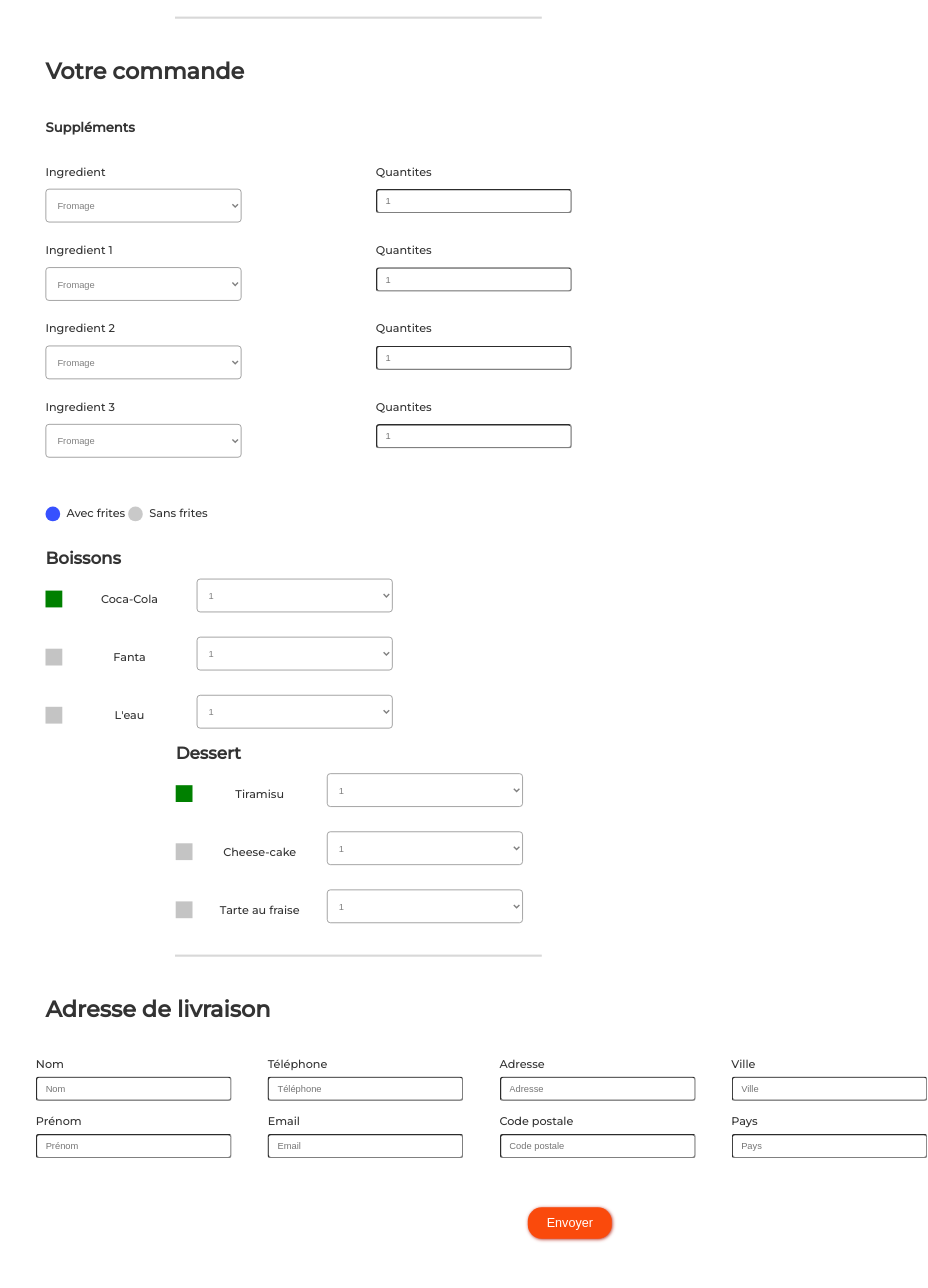
Repository: sisilass31/bella-olonje
Page: html/commande.html
An editor plug-in stored every save of this project. The page is shown before and after the next save, followed by the edit.
The browser window is 1024 px wide. The page is 1325 px wide, so the pictures cover 1325 px, including what lies to the right of the window. The pictures show the part of the page from y = 1034 to 2874 px (the page is 2874 px tall), at 70% of full size.
Some web libraries are served in a nearby version.

Above is the page before, as saved 2023-02-15 08:52:31.

### html/commande.html
<!DOCTYPE html>
<html lang="fr">
<head>
    <meta charset="UTF-8">
    <meta http-equiv="X-UA-Compatible" content="IE=edge">
    <meta name="viewport" content="width=device-width, initial-scale=1.0">
    <link rel="stylesheet" href="https://pro.fontawesome.com/releases/v5.10.0/css/all.css">
    <link rel="stylesheet" href="../css/commande.css">
    <title>Votre commande</title>
</head>

<body>

  <header>
    <nav>
      <ul class='nav-bar'>
          <li class='logo'><a href='#'><img src="../img/logo.png" alt="jsp"></a></li>
          <input type='checkbox' id='check' />
          <span class="menu">
            <li><a href="index.html" class="nav-link">Home</a></li>
            <li><a href="#pizza" class="nav-link">Pizzas</a></li>
            <li><a href="#burger" class="nav-link">Burgers</a></li>
            <li><a href="#salades" class="nav-link">Salades</a></li>
            <li><a href="index3.html" class="nav-link">Contact</a></li>
            <label for="check" class="close-menu"><i class="fas fa-times"></i></label>
          </span>
          <label for="check" class="open-menu"><i class="fas fa-bars"></i></label>
      </ul>
  </nav>

    <div class="food_app">
      <div class="title_food_app">
        <h3>Food app</h3>
        <strong>Chez Bella <br>chaque désir s'additionne.</strong>
      </div>
    </div>
  </header>

  <main>
    <div class="infos" id="form-infos">
      <form>
        <h1>Vos informations</h1>

        <div class="grp_infos">
          <div class="nom_prenom">
            <div class="label1">
              <label class="label_nom">Nom</label><br>
              <input type="text" placeholder="Nom">
            </div>
            <div class="label1">
              <label class="label_nom">Prénom</label><br>
              <input type="text" placeholder="Prénom">
            </div>
          </div>

          <div class="telephone_email">
            <div class="label1">
              <label class="label_nom">Téléphone</label><br>
              <input type="text" placeholder="Téléphone">
            </div>
            <div class="label1">
              <label class="label_nom">Email</label><br>
              <input type="text" placeholder="Email">
            </div>
          </div>
        </div>
      </form>
    </div>

    <hr>

    <div class="commande">
      <form>
        <h1>Votre commande</h1>
        <h3>Suppléments</h3>
        <div class="grp_suppliment">
          <div class="ingredient_quantite">
            <div class="fromage">
              <label>Ingredient</label><br>
              <select name="ingr" class="suppléments">
                <option value="fromage">Fromage</option>
                <option value="fromage">Fromage</option>
                <option value="fromage">Fromage</option>
                <option value="fromage">Fromage</option>
                <option value="fromage">Fromage</option>
                <option value="fromage">Fromage</option>
                <option value="fromage">Fromage</option>
              </select>
            </div>
            <div class="box">
              <label>Quantites</label><br>
              <input type="number" min="0" placeholder="1">
            </div>
          </div>

          <div class="ingredient_quantite">
           <div class="fromage">
              <label>Ingredient 1</label><br>
              <select name="ingr" class="suppléments">
                <option value="fromage">Fromage</option>
                <option value="fromage">Fromage</option>
                <option value="fromage">Fromage</option>
                <option value="fromage">Fromage</option>
                <option value="fromage">Fromage</option>
                <option value="fromage">Fromage</option>
                <option value="fromage">Fromage</option>
              </select>
            </div>
            <div class="box">
              <label>Quantites</label><br>
              <input type="number" min="0" placeholder="1">
            </div>
          </div>

          <div class="ingredient_quantite">
            <div class="fromage">
              <label>Ingredient 2</label><br>
              <select name="ingr" class="suppléments">
                <option value="fromage">Fromage</option>
                <option value="fromage">Fromage</option>
                <option value="fromage">Fromage</option>
                <option value="fromage">Fromage</option>
                <option value="fromage">Fromage</option>
                <option value="fromage">Fromage</option>
                <option value="fromage">Fromage</option>
              </select>
            </div>
            <div class="box">
              <label>Quantites</label><br>
              <input type="number" min="0" placeholder="1">
            </div>
          </div>

          <div class="ingredient_quantite">
            <div class="fromage">
              <label>Ingredient 3</label><br>
              <select name="ingr" class="suppléments">
                <option value="fromage">Fromage</option>
                <option value="fromage">Fromage</option>
                <option value="fromage">Fromage</option>
                <option value="fromage">Fromage</option>
                <option value="fromage">Fromage</option>
                <option value="fromage">Fromage</option>
                <option value="fromage">Fromage</option>
              </select>
            </div>
            <div class="box">
              <label>Quantites</label><br>
              <input type="number" min="0" placeholder="1">
            </div>
          </div>
        </div>


        <div class="check2">
          <label class="container">Avec frites
            <input type="radio" checked="checked" name="radio">
            <span class="checkmark"></span>
          </label>
          <label class="container">Sans frites
            <input type="radio" name="radio">
            <span class="checkmark"></span>
          </label>
        </div>


        <div class="all">
          <div class="content_of_boisson">
              <h2>Boissons</h2>
              <div class="boissons">
                  <div class="carre"></div>
                  <label>Coca-Cola</label>
                  <select name="Fromage" class="Fromage" style="margin-top: 10px;">
                    <option value="">1</option>
                    <option value="">2</option>
                    <option value="">3</option>
                    <option value="">4</option>
                  </select>
              </div>
              <div class="boissons">
                  <div class="carre grey"></div>
                  <label>Fanta</label>
                  <select name="Fromage" class="Fromage" style="margin-top: 10px;">
                    <option value="">1</option>
                    <option value="">2</option>
                    <option value="">3</option>
                    <option value="">4</option>
                  </select>
              </div>
              <div class="boissons">
                  <div class="carre grey"></div>
                  <label>L'eau</label>
                  <select name="Fromage" class="Fromage" style="margin-top: 10px;">
                    <option value="">1</option>
                    <option value="">2</option>
                    <option value="">3</option>
                    <option value="">4</option>
                  </select>
              </div>
          </div>

          <div class="content_of_dessert">
              <h2>Dessert</h2>
              <div class="boissons dessert">
                  <div class="carre"></div>
                  <label>Tiramisu</label>
                  <select name="Fromage" class="Fromage" style="margin-top: 10px;">
                      <option value="">1</option>
                      <option value="">2</option>
                      <option value="">3</option>
                      <option value="">4</option>
                  </select>
              </div>
              <div class="boissons dessert">
                  <div class="carre grey"></div>
                  <label>Cheese-cake</label>
                  <select name="Fromage" class="Fromage" style="margin-top: 10px;">
                    <option value="">1</option>
                    <option value="">2</option>
                    <option value="">3</option>
                    <option value="">4</option>
                  </select>
              </div>
              <div class="boissons dessert">
                  <div class="carre grey"></div>
                  <label>Tarte au fraise</label>
                  <select name="Fromage" class="Fromage" style="margin-top: 10px;">
                    <option value="">1</option>
                    <option value="">2</option>
                    <option value="">3</option>
                    <option value="">4</option>
                  </select>
              </div>
          </div>
          </div>
      </form>
    </div>

    <hr>

    <div class="livraison">
      <form>
        <h1>Adresse de livraison</h1>
        <div class="grp_infos">
          <div class="nom_prenom">
            <div class="label1">
              <label class="label_nom">Nom</label><br>
              <input type="text" placeholder="Nom">
            </div>
            <div class="label1">
              <label class="label_nom">Prénom</label><br>
              <input type="text" placeholder="Prénom">
            </div>
          </div>

          <div class="telephone_email">
            <div class="label1">
              <label class="label_nom">Téléphone</label><br>
              <input type="text" placeholder="Téléphone">
            </div>
            <div class="label1">
              <label class="label_nom">Email</label><br>
              <input type="text" placeholder="Email">
            </div>
          </div>
          <div class="nom_prenom">
            <div class="label1">
              <label class="label_nom">Adresse</label><br>
              <input type="text" placeholder="Adresse">
            </div>
            <div class="label1">
              <label class="label_nom">Code postale</label><br>
              <input type="text" placeholder="Code postale">
            </div>
          </div>

          <div class="telephone_email">
            <div class="label1">
              <label class="label_nom">Ville</label><br>
              <input type="text" placeholder="Ville">
            </div>
            <div class="label1">
              <label class="label_nom">Pays</label><br>
              <input type="text" placeholder="Pays">
            </div>
          </div>
        </div>
          <div class="div_button"><button class="button" type="button">Envoyer</button></div>
      </form>

    </div>
  </main>

</body>

### css/commande.css
@import url('https://fonts.googleapis.com/css2?family=Montserrat:wght@100;200;500&display=swap');

* {
    margin: 0px;
    padding: 0px;
    scroll-behavior: smooth;
    box-sizing: border-box;
}

html,
body {
    font-family: Montserrat, sans-serif;
    background-size: cover;
    background-position: center;
    height: 100vh;
    background-repeat: no-repeat;
    scroll-behavior: smooth;
}

/*navbar*/
.nav-bar {
    width: 100%;
    display: flex;
    justify-content: space-between;
    align-items: center;
    list-style: none;
    position: relative;
    background-color: #FFF;
    padding: 12px 20px;
}

.logo img {
    width: 150px;
}

.menu {
    display: flex;
}

.menu li {
    padding-left: 30px;
    padding-right: 55px;
}

.menu li a {
    display: inline-block;
    text-decoration: none;
    color: #333;
    text-align: center;
    position: relative;
}

.menu li a:hover {
    color: #FA4A0C;
}

.open-menu {
    position: absolute;
    color: #FA4A0C;
    cursor: pointer;
    font-size: 1.5rem;
    display: none;
}

.close-menu {
    position: absolute;
    color: #333;
    cursor: pointer;
    font-size: 1.5rem;
    display: none;
    padding: 10px;
}

.open-menu {
    top: 50%;
    right: 20px;
    transform: translateY(-50%);
}

.close-menu {
    top: 20px;
    right: 20px;
}

#check {
    display: none;
}

@media(max-width: 920px) {
    .menu {
        flex-direction: column;
        align-items: center;
        width: 60%;
        height: 100vh;
        position: fixed;
        top: 0;
        right: -100%;
        z-index: 100;
        background-color: rgb(152, 152, 152);
        ;
        transition: all 0.2s ease-in-out;
        padding-top: 100px;
    }

    .menu li {
        margin-top: 40px;
    }

    .menu li a {
        padding: 10px;
        color: #FFF;
    }

    .open-menu {
        display: block;
        padding-right: 25px;
        padding-top: 13px;
    }

    .close-menu {
        display: block;
        color: #FFF;
        padding-right: 25px;
        padding-top: 22px;
    }

    #check:checked~.menu {
        right: 0;
    }

    .menu li a:hover {
        color: #333;
    }

    .nav-link {
        font-family: Montserrat;
        letter-spacing: .8px;
    }
}

/*navbar*/


/*food_app*/
.title_food_app {
    padding-top: 50px;
}

.food_app {
    background-image: url(../img/food_app.png);
    min-height: 90vh;
    background-repeat: no-repeat;
    background-position: center;
    background-size: cover;
}

.title_food_app h3 {
    font-family: 'Montserrat';
    font-style: normal;
    font-weight: 550;
    font-size: 24px;
    line-height: 36px;
    text-align: center;
    letter-spacing: 0.1px;
    color: #F7F7F7;
    padding-top: 50px;
}

.title_food_app {

    font-family: Montserrat;
    font-style: normal;
    font-weight: 600;
    font-size: 58px;
    line-height: 80px;
    text-align: center;
    letter-spacing: 0.2px;
    color: #FFFFFF;
}

.title_pizza {
    display: flex;
    justify-content: center;
    color: #000000;
}

/*food_app*/


/*infos*/


.ingredient_quantite {
    display: flex;
    flex-direction: row;
    justify-content: flex-start;
    gap: 20%;
    margin-bottom: 10px;
}


main {
    color: #333333;
}

.label1 input {
    width: 280px;
    height: 35px;
    margin-bottom: 20px;
    margin-top: 8px;
    padding: 5px 12px;
    color: grey;
    border-radius: 5px;
    border-color: gray;
}


.infos h1 {
    padding-top: 50px;
    padding-bottom: 30px;
    margin-left: 65px;
}

hr {
    height: 3px;
    background-color: #d8d8d8;
    border: none;
    margin: 25px 250px 25px;
}

.nom_prenom {
    display: flex;
    justify-content: space-between;
    padding: 0px 600px 28px 65px;
}

.telephone_email {
    display: flex;
    justify-content: space-between;
    padding: 0px 600px 28px 65px;
}

/*infos*/

/*livraison*/

.livraison h1 {
    margin-left: 65px;
    padding-top: 30px;
    padding-bottom: 50px;
}

/*livraison*/

/*commande*/
.suppléments {
    width: 280px;
    height: 48px;
    margin-bottom: 20px;
    margin-top: 15px;
    padding: 5px 12px;
    color: grey;
    border-radius: 5px;
    border-color: gray;
    background-color: #FFFFFF;
}


.commande {
    margin-left: 65px;
}

.commande h1 {
    padding-top: 30px;
}

.commande h3 {
    padding-top: 50px;
    padding-bottom: 42px;
}

.box input {
    width: 280px;
    height: 35px;
    margin-bottom: 20px;
    margin-top: 15px;
    padding: 5px 12px;
    color: grey;
    border-radius: 5px;
    border-color: gray;
}

.boissons_dessert {
    display: flex;
    flex-direction: row;
}

/*commande*/


.div_button {
    padding: 50px 150px 70px 0px;
    display: flex;
    justify-content: flex-end;
}

button {
    border: 0;
    line-height: 2.5;
    width: 120px;
    padding: 0 18px;
    font-size: 18px;
    text-align: center;
    color: #fff;
    border-radius: 20px;
    background-color: #FA4A0C;
    box-shadow: 1px 1px 5px #B73227;
}


/*dessert et boissons*/

.avec,
.sans {
    display: flex;
    flex-direction: row;
    justify-content: space-around;
    width: 150px;
    height: 40px;
    align-items: center;
}

.sans_f {
    padding-top: 39px;
    padding-left: 50px;
}

.avec_f {
    padding-left: 10px;
}

.boissons {
    display: flex;
    align-items: center;
    justify-content: space-between;
    width: 31rem;
    padding-top: 5px;
}

.carre {
    width: 24px;
    height: 24px;
    background-color: green;
}

.carre.grey {
    background-color: #C4C4C4;
}

.all {
    display: flex;
}

.content_of_dessert {
    margin-left: 186px;
}

.Fromage {
    padding: 7px;
    border-radius: 5px;
    width: 280px;
    height: 48px;
    margin-bottom: 20px;
    margin-top: 8px;
    padding: 5px 12px;
    color: grey;
    border-radius: 5px;
    border-color: gray;
    background-color: #FFFFFF;
}

/*dessert et boissons*/


/*checkbox*/
.check2 {
    padding-top: 40px;
    padding-bottom: 40px;
}

.container {
    position: relative;
    cursor: pointer;
    font-size: 16px;
    padding-left: 30px;
}

.container input {
    position: absolute;
    opacity: 0;
    cursor: pointer;
}

.checkmark {
    position: absolute;
    top: 0;
    left: 0;
    height: 21px;
    width: 21px;
    background-color: rgba(176, 176, 176, 0.677);
    border-radius: 50%;
}


.container input:checked~.checkmark {
    background-color: #3751FF;
}

.checkmark:after {
    position: absolute;
    display: none;
}

.container input:checked~.checkmark:after {
    display: block;
}

.container .checkmark:after {
    top: 9px;
    left: 9px;
    width: 8px;
    background: white;
}

/*checkbox*/

/*responsive*/
@media (max-width:767px) {}

/* Ipad Mini to ipad */
@media screen and (min-width:768px) and (max-width:991px) {}

/* Ipad et Mini Ordi */
@media screen and (min-width:992px) and (max-width:1199px) {
    .grp_infos {
        display: flex;
    }

    .nom_prenom {
        flex-direction: column;
        justify-content: center;
        padding: 0;
        margin-left: 5%;
    }

    .telephone_email {
        flex-direction: column;
        justify-content: center;
        padding: 0;
        margin-left: 5%;
    }

    .content_of_dessert {
        margin-left: 186px;
    }

    .all {
        flex-direction: column;
    }
}

/*responsive*/

After the next save:
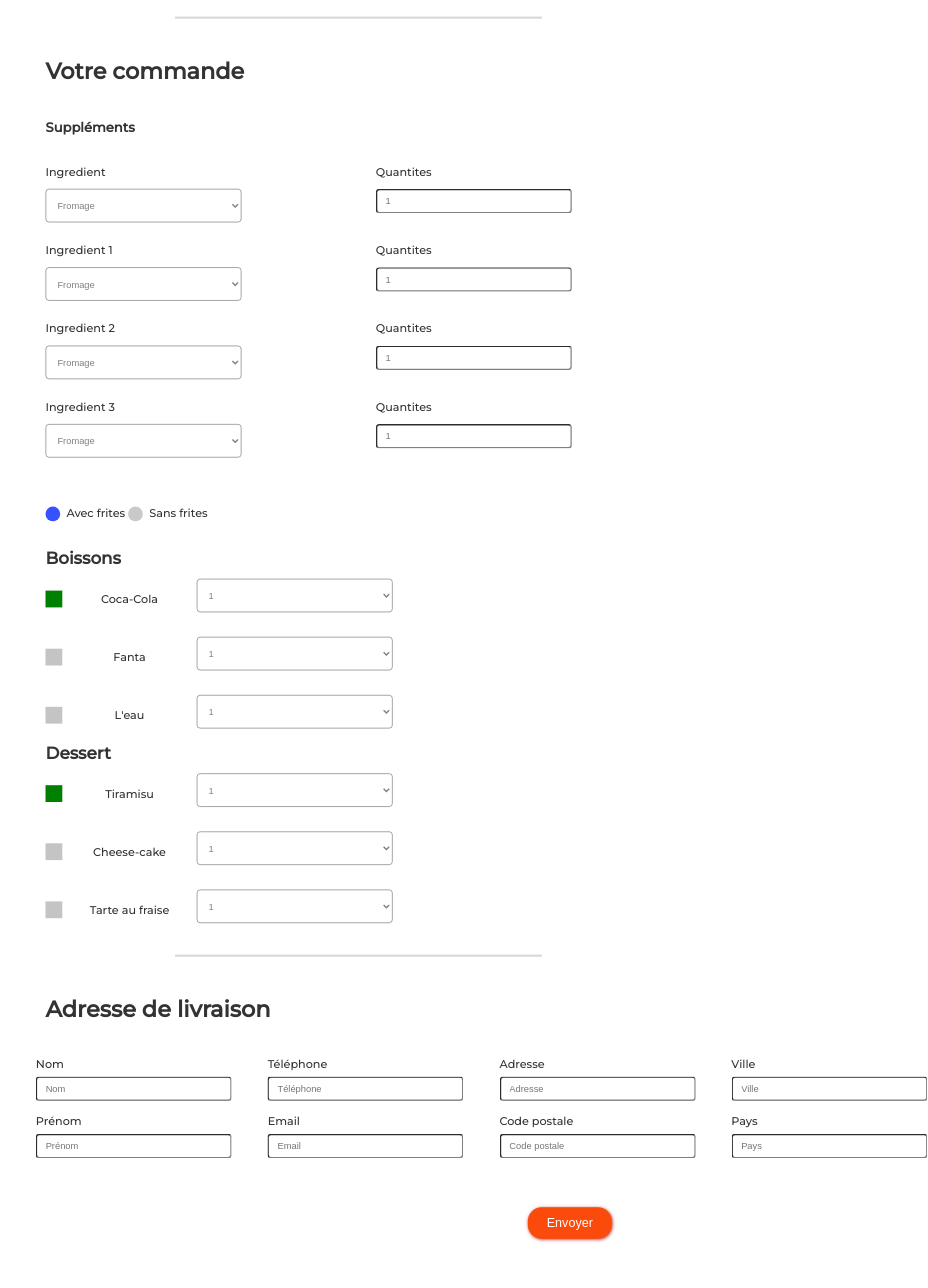
Saved 4 s later.
--- a/css/commande.css
+++ b/css/commande.css
@@ -461,7 +461,7 @@ button {
     }
 
     .content_of_dessert {
-        margin-left: 186px;
+        margin-left: 0px;
     }
 
     .all {
